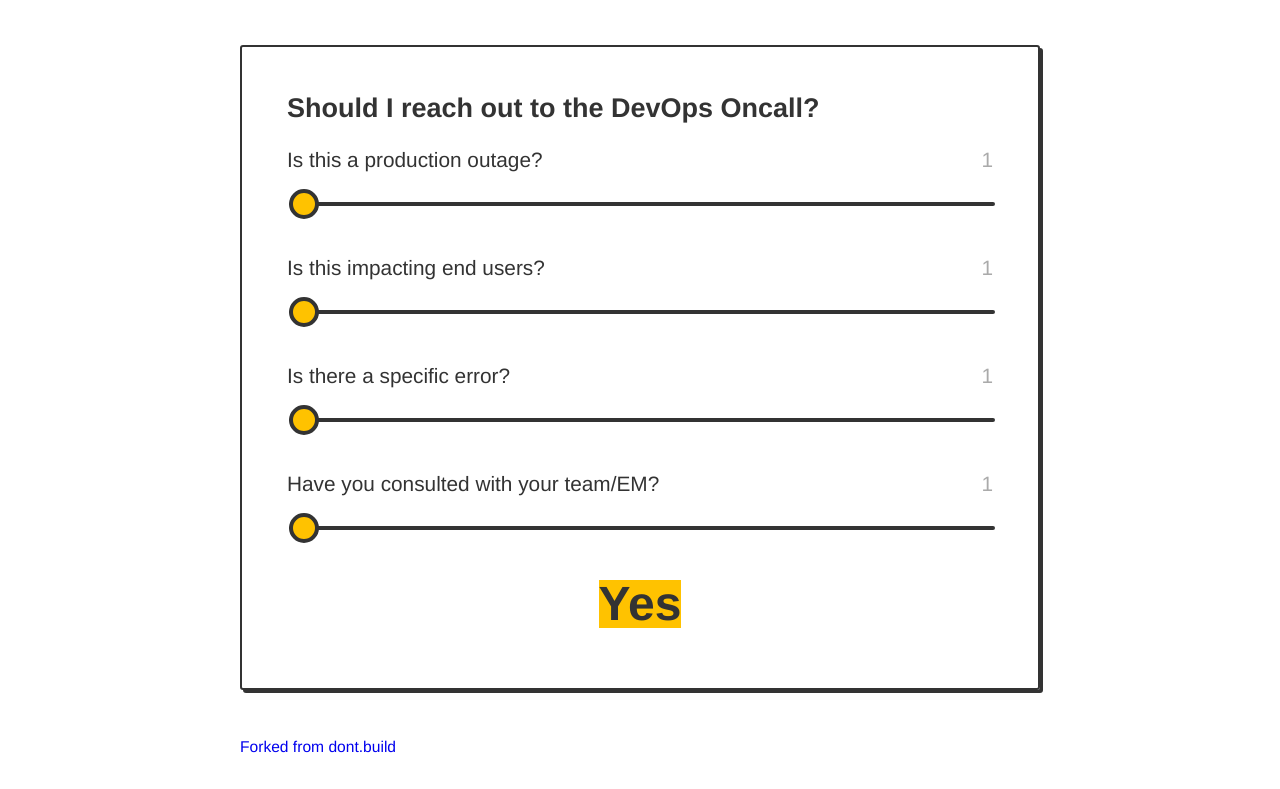
Repository: harishbsrinivas/dont.call
Page: index.html
An editor plug-in stored every save of this project. The page is shown before and after the next save, followed by the edit.
The browser window is 1280 px wide. The pictures show the whole page.

Above is the page before, as saved 2022-12-03 18:57:08.

After the next save:
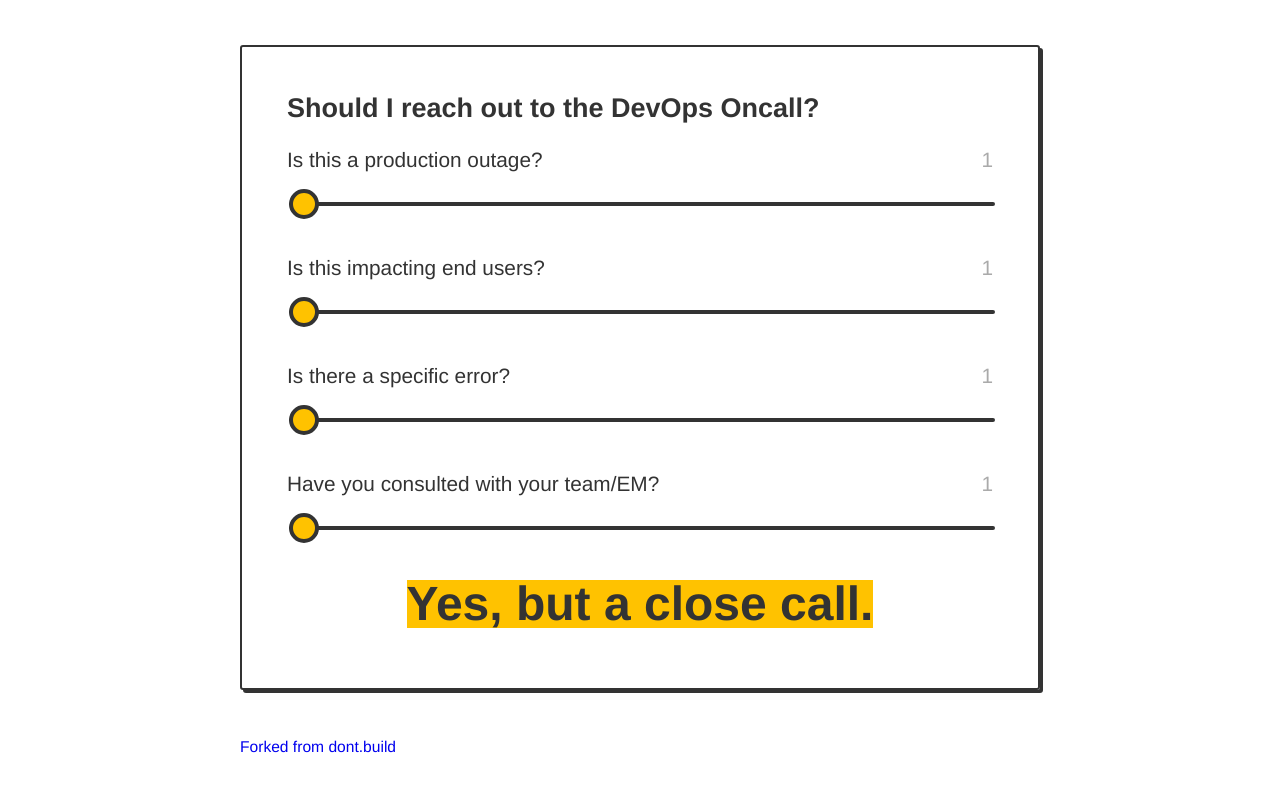
Saved 31 s later.
--- a/index.html
+++ b/index.html
@@ -57,7 +57,7 @@
     <script>
         (function () {
             const params = [
-                { weight: 1, value: 1, negative: false, name: 'p-outage', },
+                { weight: 0.8, value: 1, negative: false, name: 'p-outage', },
                 { weight: 2, value: 1, negative: false, name: 'p-error', },
                 { weight: 1, value: 1, negative: false, name: 'p-ticket', },
                 { weight: 1.5, value: 1, negative: false, name: 'p-peers', },
